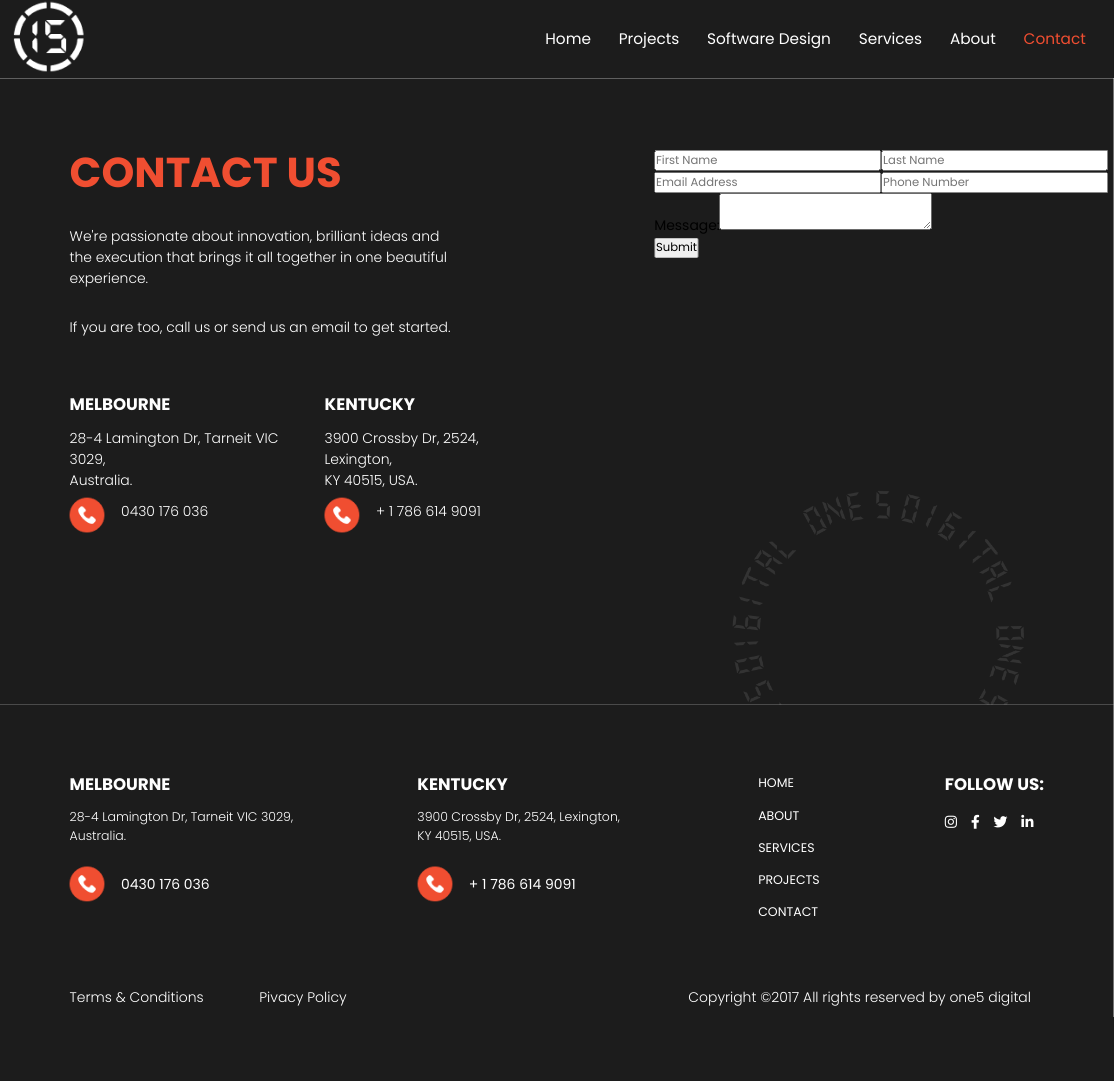
Repository: gopalpurohit54/one5
Page: /Contact
These files come from the project's save history. The page is drawn as it stood at one moment and after the next save; the edit follows.
The browser window is 1280 px wide. The pictures show the whole page, at 87% of full size.
The project was rebuilt for these pictures with package versions that can differ from the ones it lists, and the page was loaded fresh each time. Also part of the build but not shown: src/components/Button.js, src/components/HeroSection.css, src/components/HeroSection.js, src/components/OurProjects.css, src/components/OurProjects.js, src/components/OurServices.js, src/components/AboutUs.css, src/components/AboutUs.js and 30 more.

Above is the page before, as saved 2021-06-22 15:45:31.

### src/index.css
@import url('https://fonts.googleapis.com/css2?family=Poppins:ital,wght@0,100;0,200;0,300;0,400;0,500;0,600;0,700;0,800;0,900;1,100;1,200;1,300;1,400;1,500;1,600;1,700;1,800;1,900&display=swap');

* {
  margin: 0;
  padding: 0;
  outline: none;
  font-family: 'Poppins', sans-serif;
  -webkit-font-smoothing: antialiased;
  -moz-osx-font-smoothing: grayscale;
}

code {
  font-family: source-code-pro, Menlo, Monaco, Consolas, 'Courier New',
    monospace;
}

.nav-item-active {
  color: #F04E31;
}

### src/components/App.js
import React from 'react';
import Header from '../components/Header';
import { BrowserRouter as Router, Switch, Route } from 'react-router-dom';
import './App.css';
import Home from '../components/Pages/Home';
import Footer from '../components/Footer';
import About from './Pages/About';
import Projects from './Pages/Projects';
import SoftwareDesign from './Pages/SoftwareDesign';
import Services from './Pages/Services';
import Contact from './Pages/Contact';

function App() {
  return (
    <Router>
      <Header />
      <Switch>
        <Route path='/' exact component= {Home} />
        <Route path='/About' exact component= {About} />
        <Route path='/Projects' exact component= {Projects} />
        <Route path='/SoftwareDesign' exact component= {SoftwareDesign} />
        <Route path='/Services' exact component= {Services} />
        <Route path='/Contact' exact component= {Contact} />
      </Switch>
      <Footer />
    </Router>
  );
}



export default App

### src/components/Header.js
import React, { useState, useEffect } from 'react';
import './Header.css';
import { NavLink } from 'react-router-dom';

function Header() {
    const [navbar, setHeader] = useState(false);

    const changeBackground = () => {
        console.log(window.scrollY)
    }

    window.addEventListener('scroll', changeBackground);

    return (
        <div className="header active">
            <div className="logo">
                <img src="./logo-white.png" />
            </div>
            <ul className="nav-items">
                <li className="nav-items"><NavLink exact to="/" className="nav-items" activeClassName="nav-item-active">Home</NavLink></li>
                <li className="nav-items"><NavLink exact to="/Projects" className="nav-items" activeClassName="nav-item-active">Projects</NavLink></li>
                <li className="nav-items"><NavLink exact to="/SoftwareDesign" className="nav-items" activeClassName="nav-item-active">Software Design</NavLink></li>
                <li className="nav-items"><NavLink exact to="/Services" className="nav-items" activeClassName="nav-item-active">Services</NavLink></li>
                <li className="nav-items"><NavLink exact to="/About" className="nav-items" activeClassName="nav-item-active">About</NavLink></li>
                <li className="nav-items"><NavLink exact to="/Contact" className="nav-items" activeClassName="nav-item-active">Contact</NavLink></li>
            </ul>
        </div>
    )
}

export default Header

### src/components/App.css

* {
    box-sizing: border-box;
    margin: 0;
    padding: 0;
    font-family: 'Poppins', sans-serif;
    /* background: #1c1c1c; */
  }

### src/components/Footer.js
import React from 'react';
import './Footer.css';
import { Link } from 'react-router-dom';

function Footer() {
    return (
        <div className="footer">
            <div className="footer-wrapper">
                <ul className="add-1">
                    <h6>MELBOURNE</h6>
                    <p>28-4 Lamington Dr, Tarneit VIC 3029, <br/> Australia.</p>
                    <div className="call"><img className="call-icon" src="./phone-icon.png" /> 0430 176 036 </div>
                </ul>
                <ul className="add-2">
                    <h6>KENTUCKY</h6>
                    <p>3900 Crossby Dr, 2524, Lexington, <br/> KY 40515, USA.</p>
                    <div className="call"><img className="call-icon" src="./phone-icon.png" /> + 1 786 614 9091 </div>
                </ul>
                <ul className="site-links">
                    <li><Link to="/" className="site-links">HOME</Link></li>
                    <li><Link to="/About" className="site-links">ABOUT</Link></li>
                    <li><Link to="/Services" className="site-links">SERVICES</Link></li>
                    <li><Link to="/Projects" className="site-links">PROJECTS</Link></li>
                    <li><Link to="/Contact" className="site-links">CONTACT</Link></li>
                </ul>
                <ul className="follow-us">
                    <h6>FOLLOW US:</h6>
                    <a className="social" href="#"><i class="fab fa-instagram"></i></a>
                    <a className="social" href="#"><i class="fab fa-facebook-f"></i></a>
                    <a className="social" href="#"><i class="fab fa-twitter"></i></a>
                    <a className="social" href="#"><i class="fab fa-linkedin-in"></i></a>
                </ul>
            </div>
            <div className="copyright">
                <div className="copy-left">
                    <p className="left-p1">Terms & Conditions</p>
                    <p className="left-p2">Pivacy Policy</p>
                </div>
                <div className="copy-right">
                    <p className="right-p">Copyright ©2017 All rights reserved by one5 digital</p>
                </div>
            </div>
        </div>
    )
}

export default Footer

### src/components/Pages/Contact.js
import React from 'react';
import '../App';
import ContactPage from '../ContactPage';

function Contact() {
    return (
            <React.Fragment>
                <ContactPage />
            </React.Fragment>
    )
}

export default Contact;

### src/components/Header.css
.header {
    background: transparent;
    color: white;
    display: flex;
    flex-direction: row;
    align-content: center;
    justify-content: space-between;
    align-items: center;
    padding: 1rem;
    position: sticky;
    top: 0;
    height: 90px;
}
.header.active {
    background: #1c1c1c;
}

.nav-items {
    display: flex;
    list-style: none;
    font-size:1.1rem;
    text-decoration: none;
    color: #fff;
}

li.nav-items{
    margin-bottom: 0;
}

li {
    padding-left: 1rem;
    padding-right: 1rem;
}

a.nav-items:hover {
    color: #F04E31;
    cursor: pointer;
}

.nav-item-active {
    color: #F04E31;
}

### src/components/Footer.css
.footer {
    padding: 5rem 5rem 1rem 5rem;
    background-color: #1c1c1c;
    height: 60vh;
    width: 100%;
    color: white;
}

.footer h6 {
    font-size: 1.2rem;
    line-height: 1.2;
    margin-bottom: 1rem;
}

.footer p {
    margin-bottom: 1.5rem;
    font-size: 1rem;
    line-height: 1.5;
    font-style: normal;
    font-weight: 300;
    padding-right: 15px;
}

.footer-wrapper {
    display: flex;
    flex: 1;
    flex-direction: row;
    align-content: center;
    justify-content: space-between;
    align-items: flex-start;
}

.add-1 p {
    font-size: 0.9rem;
}

.add-2 p {
    font-size: 0.9rem;
}

.call {
    display: flex;
    flex-direction: row;
    justify-content: flex-start;
    align-content: center;
    align-items: center;
}

.call:hover {
    color: #F04E31;
}

.follow-us p {
    font-size: 0.9rem;
}

i.fab.fa-instagram {
    padding: 0.5rem 0.5rem 0.5rem 0;
}

i.fab.fa-instagram:hover {
    color: #F04E31;
}

i.fab.fa-facebook-f {
    padding: 0.5rem;
}

i.fab.fa-facebook-f:hover {
    color: #F04E31;
}


i.fab.fa-twitter {
    padding: 0.5rem;
}

i.fab.fa-twitter:hover {
    color: #F04E31;
}


i.fab.fa-linkedin-in {
    padding: 0.5rem;
}

i.fab.fa-linkedin-in:hover {
    color: #F04E31;
}

img.call-icon {
    padding-right: 1.2rem;
}

.copyright {
    display: flex;
}

.copy-left {
    width: 50%;
    display: flex;
}

.copy-right {
    width: 50%;
}

p.left-p1 {
    margin-bottom: 0;
    padding-right: 4rem;
    line-height: 1;
    padding-top: 4rem;
}

p.left-p1:hover {
    color: #F04E31;
}

p.left-p2 {
    margin-bottom: 0;
    padding-right: 4rem;
    line-height: 1;
    padding-top: 4rem;
}

p.left-p2:hover {
    color: #F04E31;
}

p.right-p {
    margin-bottom: 0;
    line-height: 1;
    padding-top: 4rem;
    display: flex;
    justify-content: flex-end;
    align-content: center;
    align-items: center;
}

p.right-p:hover {
    color: #F04E31;
}

li {
    list-style: none;
    font-size: 0.9rem;
    margin-bottom: 1rem;
}

a.social{
    color: #fff;
}

.site-links {
    text-decoration: none;
    color: #fff;
}

.site-links:hover {
    color: #F04E31;
}

### src/components/ContactPage.js
import React, { useState } from "react";
import './ContactPage.css';

    const ContactPage = () => {
        const [status, setStatus] = useState("Submit");
        const handleSubmit = async (e) => {
          e.preventDefault();
          setStatus("Sending...");
          const { name, email, message } = e.target.elements;
          let details = {
            name: name.value,
            email: email.value,
            message: message.value,
          };
          let response = await fetch("http://localhost:5000/contact", {
            method: "POST",
            headers: {
              "Content-Type": "application/json;charset=utf-8",
            },
            body: JSON.stringify(details),
          });
          setStatus("Submit");
          let result = await response.json();
          alert(result.status);
        };

    return (
        <div className="contactpage">
            <div className="con-left">
                <h1>CONTACT US</h1>
                <p>We're passionate about innovation, brilliant ideas and <br/>
                the execution that brings it all together in one beautiful <br/>
                experience.</p> <br/>
                <p>If you are too, call us or send us an email to get started.</p>
                <div className="con-wrapper">
                    <ul className="add-1">
                        <h6>MELBOURNE</h6>
                        <p>28-4 Lamington Dr, Tarneit VIC 3029, <br/> Australia.</p>
                        <div className="call"><img className="call-icon" src="./phone-icon.png" /> <p>0430 176 036</p> </div>
                    </ul>
                    <ul className="add-2">
                        <h6>KENTUCKY</h6>
                        <p>3900 Crossby Dr, 2524, Lexington, <br/> KY 40515, USA.</p>
                        <div className="call"><img className="call-icon" src="./phone-icon.png" /> <p>+ 1 786 614 9091</p> </div>
                    </ul>
                </div>
            </div>
            <div className="con-right">
                <form onSubmit={handleSubmit}>
                    <div className="con-name">
                        <div>
                            <input placeholder="First Name" type="text" id="name" required />
                        </div>
                        <div>
                            <input placeholder="Last Name" type="text" id="name" required />
                        </div>
                    </div>
                    <div className="con-email">
                        <div>
                            <input placeholder="Email Address" type="email" id="email" required />
                        </div>
                        <div>
                            <input placeholder="Phone Number" type="text" id="name" required />
                        </div>
                    </div>
                    <div>
                        <label htmlFor="message">Message:</label>
                        <textarea id="message" required />
                    </div>
                    <button type="submit">{status}</button>
                </form>
            </div>
        </div>
    )
}

export default ContactPage

### src/components/OurServices.css
.our-services {
    padding: 5rem 5rem;
    height: 100vh;
    background-image: url('./assets/bg-white-mainpage.png');
}

.our-services h1 {
    margin-bottom: 2rem;
    font-size: 3rem;
    line-height: 1.2;
}

.our-services h6 {
    font-size: 1.2rem;
    line-height: 1.2;
    margin-bottom: 1rem;
}

p {
    margin-bottom: 1.5rem;
    font-size: 1rem;
    line-height: 1.5;
    font-style: normal;
    font-weight: 300;
    padding-right: 15px;
}

.service-wrapper {
    display: flex;
    flex: 1;
    margin-top: 3.5rem;
}

.service-1 p {
    font-size: 0.9rem;
}

.service-2 p {
    font-size: 0.9rem;
}

.service-3 p {
    font-size: 0.9rem;
}

.service-4 p {
    font-size: 0.9rem;
}

### src/components/Expertize.css
.expertize {
    padding: 5rem 5rem 5rem 0;
    height: 80vh;
    background-image: url('./assets/about-white.png');
    background-repeat: no-repeat;
    width: 100%;
    background-size: cover;
}

.expertize h1 {
    margin-bottom: 2rem;
    font-size: 3rem;
    line-height: 1.2;
    color: #000;
}

.expertize h6 {
    font-size: 1.2rem;
    line-height: 1.2;
    margin-bottom: 1rem;
    color: #000;
}

.expertize p {
    margin-bottom: 0.5rem;
    font-size: 1rem;
    line-height: 1.5;
    font-style: normal;
    font-weight: 300;
    padding-right: 15px;
    color: #000;
}

.exp-left{
    float: left;
    width: 50%;
}

.exp-right{
    float: right;
    width: 40%;
    align-content: flex-end;
}

.exp-img {
    height: 350px;
    margin-top: 2rem;
}

li.exp-items {
    color: #000;
    list-style: disc;
    font-size: 1rem;
}

::marker  {
    color: #F04E31;
}

### src/components/Solutions.css
.solutions {
    padding: 5rem 5rem;
    height: 100vh;
    background:#fff;
}

.solutions h1 {
    margin-bottom: 2rem;
    font-size: 3rem;
    line-height: 1.2;
}

.solutions h6 {
    font-size: 1.2rem;
    line-height: 1.2;
    margin-bottom: 1rem;
}

.solutions p {
    margin-bottom: 1.5rem;
    font-size: 1rem;
    line-height: 1.5;
    font-style: normal;
    font-weight: 300;
    padding-right: 15px;
}

.solution-wrapper {
    display: flex;
    flex: 1;
    margin-top: 3.5rem;
}

.solution-1 p {
    font-size: 0.9rem;
}

.solution-2 p {
    font-size: 0.9rem;
}

.solution-3 p {
    font-size: 0.9rem;
}

.solution-4 p {
    font-size: 0.9rem;
}

li.sol-items {
    color: #000;
    list-style: disc;
    font-size: 1rem;
}

::marker  {
    color: #F04E31;
}

ul.solution-1 {
    margin-right: 3rem;
    margin-left: 1rem;
}

ul.solution-2 {
    margin-right: 3rem;
}

ul.solution-3 {
    margin-right: 3rem;
}

### src/components/Benefits.css
.benefits {
    padding: 5rem 5rem;
    height: 100vh;
    background-image: url('./assets/ecombg.png');
    background-size: cover;
}

.benefits h1 {
    margin-bottom: 2rem;
    font-size: 3rem;
    line-height: 1.2;
    color: #fff;
}

.benefits h6 {
    font-size: 1.2rem;
    line-height: 1.2;
    margin-bottom: 1rem;
    margin-top: 1rem;
    color: #fff;
}

p {
    margin-bottom: 1.5rem;
    font-size: 1rem;
    line-height: 1.5;
    font-style: normal;
    font-weight: 300;
    padding-right: 15px;
    color: #fff;
}

.benefit-wrapper {
    display: flex;
    flex: 1;
    margin-top: 3.5rem;
}

.benefit-1 p {
    font-size: 0.9rem;
}

.benefit-2 p {
    font-size: 0.9rem;
}

.benefit-3 p {
    font-size: 0.9rem;
}

.benefit-4 p {
    font-size: 0.9rem;
}

.benefit-1, .benefit-2, .benefit-3, .benefit-4 {
    background-image: url(./assets/Ellipse-bg.png);
    background-size: cover;
    height: 260px;
    width: 260px;
    margin: 1rem;
    display: flex;
    flex-direction: column;
    align-content: center;
    justify-content: center;
    align-items: center;
    text-align: center;
}

.bene-desc {
    display: none;
}

h6.bene-hover {
    color: #F04E31;
    text-align: center;
}

p.hover-desc {
    font-size: 0.7rem;
    text-align: center;
}

.benefit-1:hover .bene-desc{
    display: block;
}

.benefit-1:hover .bene-visible{
    display: none;
}

.benefit-2:hover .bene-desc{
    display: block;
}

.benefit-2:hover .bene-visible{
    display: none;
}

.benefit-3:hover .bene-desc{
    display: block;
}

.benefit-3:hover .bene-visible{
    display: none;
}

.benefit-4:hover .bene-desc{
    display: block;
}

.benefit-4:hover .bene-visible{
    display: none;
}

### src/components/ContactPage.css
.contactpage {
    padding: 5rem;
    height: 100vh;
    background-image: url('./assets/contact-bg.png');
    background-repeat: no-repeat;
    width: 100%;
    background-size: cover;
}

.contactpage h1 {
    margin-bottom: 2rem;
    font-size: 3rem;
    line-height: 1.2;
    color: #F04E31;
}

.contactpage h6 {
    font-size: 1.2rem;
    line-height: 1.2;
    margin-bottom: 1rem;
    color: #fff;
}

.contactpage p {
    margin-bottom: 0.5rem;
    font-size: 1rem;
    line-height: 1.5;
    font-style: normal;
    font-weight: 300;
    padding-right: 15px;
    color: #fff;
}

.con-left{
    float: left;
    width: 50%;
}

.con-right{
    float: right;
    width: 40%;
}

.con-wrapper {
    display: flex;
    margin-top: 4rem;
}

.con-name {
    display: flex;
}

.con-email {
    display: flex;
}

### src/components/Button.css
:root {
    --primary: #F04E31;
}

.btn {
    padding: 8px 20px;
    border-radius: 30px;
    outline: none;
    border: none;
    cursor: pointer;
}

.btn--primary {
    background-color: var(--primary);
    color: #fff;
    border: 1px solid var(--primary);
}

.btn--outline {
    background-color: transparent;
    color: #F04E31;
    padding: 8px 20px;
    border: 1px solid var(--primary);
    transition: all 0.3s ease-out;
}


.btn--white {
    background-color: transparent;
    color: #fff;
    padding: 8px 20px;
    border: 1px solid #fff;
    transition: all 0.3s ease-out;
}

.btn--white:hover {
    background-color: #fff;
    color: #F04E31;
    transition: all 0.3s ease-out;
}

.btn--medium {
    padding: 8px 20px;
    font-size: 16px;
}

.btn--large {
    padding: 12px 26px;
    font-size: 16px;
}

.btn--medium:hover, .btn--large:hover {
    background: transparent;
    color: #F04E31;
    transition: all 0.3s ease-out;
}


.btn--outline:hover {
    background-color: #F04E31;
    color: #fff;
}

Loaded but not shown: public/index.html (common file); src/index.js (common file); src/reportWebVitals.js (common file)

After the next save:
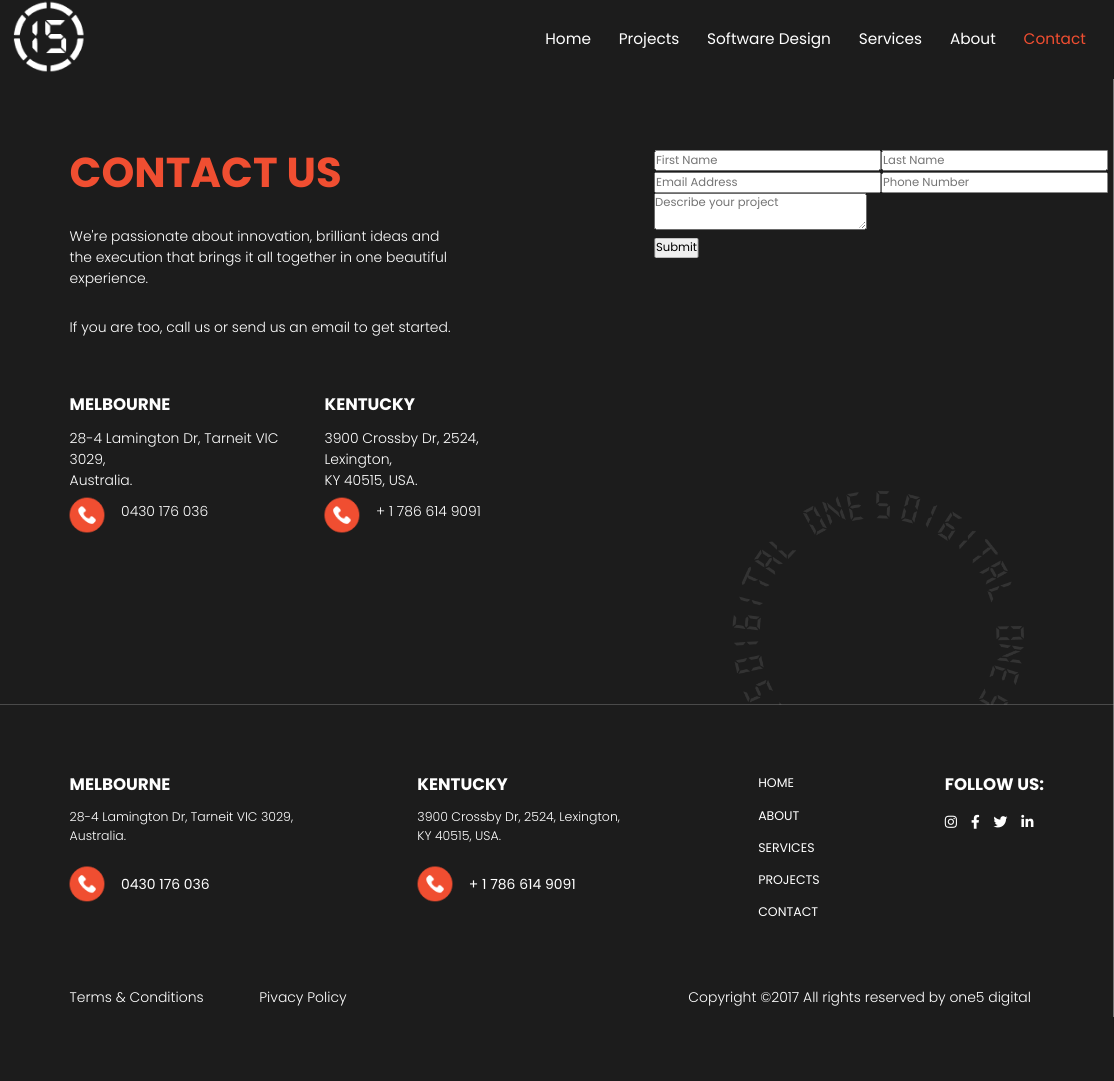
Saved 62 s later.
--- a/src/components/ContactPage.js
+++ b/src/components/ContactPage.js
@@ -64,8 +64,7 @@ import './ContactPage.css';
                         </div>
                     </div>
                     <div>
-                        <label htmlFor="message">Message:</label>
-                        <textarea id="message" required />
+                        <textarea placeholder="Describe your project" id="message" required />
                     </div>
                     <button type="submit">{status}</button>
                 </form>
